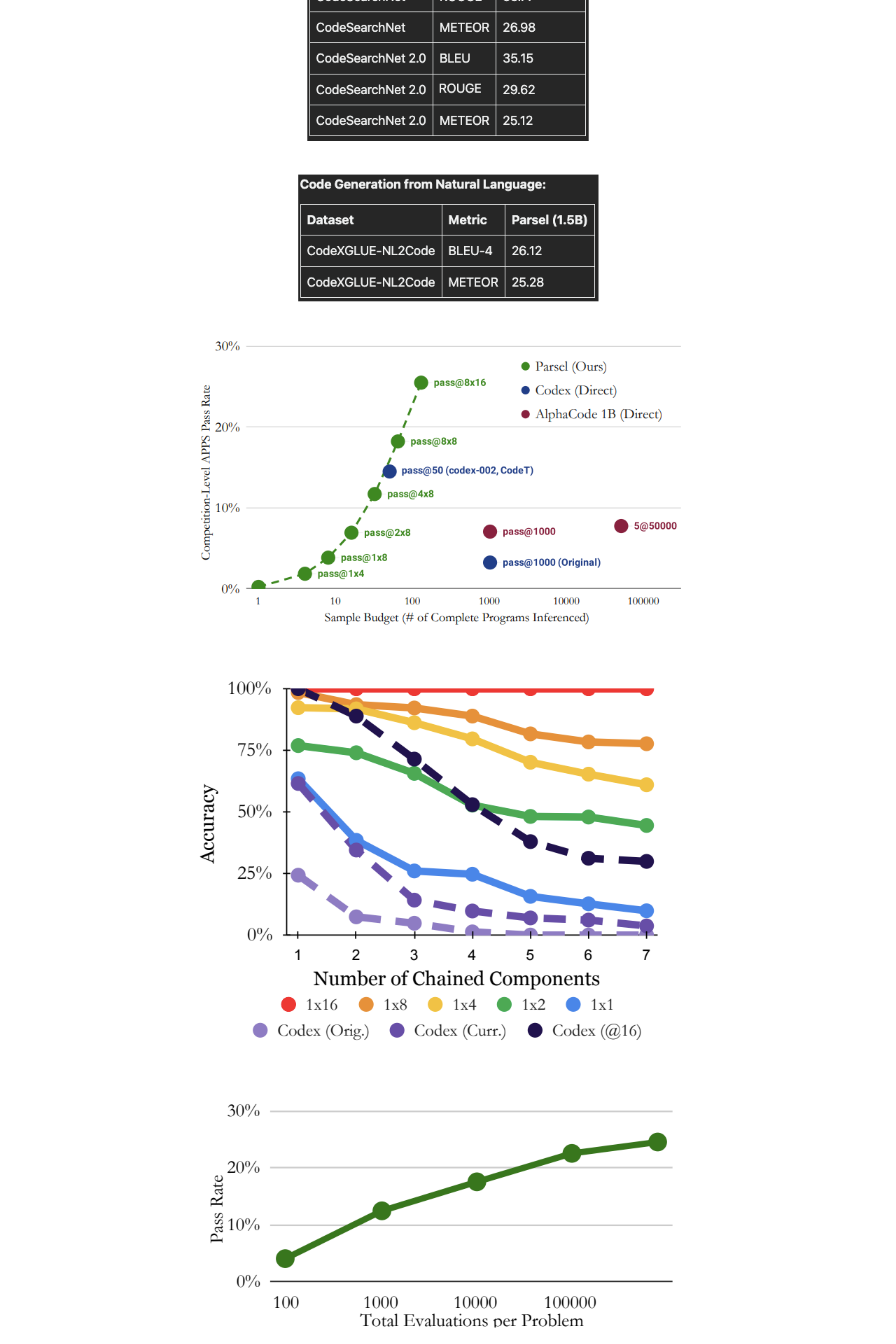
Repository: Shaalan-omar/ConcodePlus
Page: team-specific/index.html
An editor plug-in stored every save of this project. The page is shown before and after the next save, followed by the edit.
The browser window is 1280 px wide. The pictures show the part of the page from y = 3578 to 5498 px (the page is 10162 px tall before and 9933 px after), at 70% of full size.

Above is the page before, as saved 2023-05-14 11:25:04.

### team-specific/index.html
<!DOCTYPE html>
<html lang="en">

<head>

  <meta charset="utf-8">
  <meta name="viewport" content="width=device-width, initial-scale=1, shrink-to-fit=no">
  <meta name="description" content="">
  <meta name="author" content="">

  <title>Code Generation / Documentation model based on CodeT5</title>

  <!-- Bootstrap core CSS -->
  <link href="../vendor/bootstrap/css/bootstrap.min.css" rel="stylesheet">

</head>

<body>

  <!-- Navigation -->
  <nav class="navbar navbar-expand-lg navbar-dark bg-dark static-top">
    <div class="container">
      <a class="navbar-brand" href="../home.html">Practical Machine Deep Learning</a>
      <button class="navbar-toggler" type="button" data-toggle="collapse" data-target="#navbarResponsive" aria-controls="navbarResponsive" aria-expanded="false" aria-label="Toggle navigation">
        <span class="navbar-toggler-icon"></span>
      </button>
      <div class="collapse navbar-collapse" id="navbarResponsive">
        <ul class="navbar-nav ml-auto">
          <li class="nav-item active">
            <a class="nav-link" href="../home.html">Home
              <span class="sr-only">(current)</span>
            </a>
          </li>
          <li class="nav-item">
            <a class="nav-link" href="../about.html">About</a>
          </li>
          <li class="nav-item">
            <a class="nav-link" href="../contact.html">Contact</a>
          </li>
        </ul>
      </div>
    </div>
  </nav>

  <!-- Page Content -->
  <div class="container">
    <div class="row">
      <div class="col-lg-12 text-center">
        <h1 class="mt-5">Code Generation / Documentation model based on CodeT5</h1>
        <ul class="list-unstyled">
          <li>Omar Shaalan 900193887</li>
          <li>Kyrollos Zakarya 900203309</li>
        </ul>
      </div>
    </div>


    <div class="row">
      <div class="col-lg-12 text-left">
        <h2 class="mt-5"></h2>

        <h1>
          Problem statement: -
           </h1>
           <p>
            Code generation is a very important in our current daily life. However, the documentation of the code is beyond important too,
            we need the code that is generated to have a documentation generated with it in order to be able to generate a code that is understandable
            and increase the efficency (we increase the efficency of the code by providing commented code, so it will be easier to understand and reuse or extract the
             needed parts from it)
          </p>
       <br/> <!-- Empty Line before the image -->
         <div class="img-container" align="center"> <!-- Block parent element -->
             <img src="resources/images/Screen Shot 2023-05-14 at 12.21.35 PM.png" class="img-fluid text-center">
         </div>

         <br/> <!-- Empty Line after the image -->

      </div>
    </div>

    <div class="row">
      <div class="col-lg-12 text-left">
        <h2 class="mt-5">Dataset</h2>

        <h3 class="mt-5">Old Dataset: -</h3>
        <p>
			Our initial plan was to work with the Cocode's task dataset (concode is the code generation task), this was initially our intution
      as our task, ConcodePlus(the commented code generation task), was going to generate the code that concode generated but with comments. However,
      in concode's dataset we only had the code and the Natural Language describing the code, but no dataset had the code itself with comments in the same coloumn,
      this of course limited our ways
      to train the model on genreating a documented code, as we had no clear dataset that had code, comments for that code, all we had was datasets having code and
      a natural language describing the code, as illustrated in the visualization of the Concode's dataset below.
    </p>
    <br/> <!-- Empty Line before the image -->
    <div class="img-container" align="center"> <!-- Block parent element -->
        <img src="resources/images/concode.png" class="img-fluid text-center">
    </div>
    <br/> <!-- Empty Line after the image -->
    <h3 class="mt-5">Modified Dataset: -</h3>
    <p>
  Hence, we had to make a major change, that will allow us to have a dataset that contains a pair consisting of code and a prompt as usual describing
      the code, but in the code's column we added comments to the code itself in the same coloumn.
      This was our own dataset, and we called PyPlus, as this dataset works on Python codes only, and the plus part is because it is the first of its
      type to contain code with detailed comments of the code in the same column, or at least the first
      of its type as an open source dataset, as we have found NO other open source or closed source (but this is hard to make sure of as closed source
      are like a black box, you cannot see what is inside them) dataset in python storing data in that way.
</p>
<br/> <!-- Empty Line before the image -->
<div class="img-container" align="center"> <!-- Block parent element -->
    <img src="resources/images/dataset.png" class="img-fluid text-center">
</div>

      </div>
    </div>

    <div class="row">
      <div class="col-lg-12 text-left">
        <h2 class="mt-5">Input/Output Examples</h2>
   <br>
      </br>



      </br>
         <h3>
			 Our Own Output: -
        </h3>

      	    <div class="img-container" align="center"> <!-- Block parent element -->
      		<img src="resources/images/output_real.png" class="img-fluid text-center">
    	</div>
      <!-- <p class = "center">
        Feel the difference?
     </p> -->
     <br>
    </br>

    	<br/> <!-- Empty Line after the image -->
      </div>
    </div>


    <div class="row">
      <div class="col-lg-12 text-left">
        <h2 class="mt-5">State of the art (PARSEL)</h2>

        <p>
			Parsel is an Open AI deep learning project, it has been the state of the art in the field of code generation task aloong with code summrization as shown below in the tables and the graphs.
      It is based on the GPT architecture (Generative Pre-trained Transformer), the version of Parsel mentioned in the tables below is the 1.5B, which refers to the larges Parsel version
      existing as it uses 1.5 Billion parameters.
      Even though it is a open source, the usage of Open AI APIs limited our usage and the freedom of adding our creativity.
		</p>

	  <br/> <!-- Empty Line before the image -->
	    <div class="img-container" align="center"> <!-- Block parent element -->
      		<img src="resources/images/parsel_code_sum.png" class="img-fluid text-center">
    	</div>
    	<br/> <!-- Empty Line after the image -->

    <br/> <!-- Empty Line before the image -->
	    <div class="img-container" align="center"> <!-- Block parent element -->
      		<img src="resources/images/Parsel_code_gen.png" class="img-fluid text-center">
    	</div>
    	<br/> <!-- Empty Line after the image -->
		<br/> <!-- Empty Line before the image -->
	    <div class="img-container" align="center"> <!-- Block parent element -->
      		<img src="resources/images/parsel_1.png" class="img-fluid text-center">
    	</div>
    	<br/> <!-- Empty Line after the image -->

      <br/> <!-- Empty Line before the image -->
	    <div class="img-container" align="center"> <!-- Block parent element -->
      		<img src="resources/images/parsel_2.png" class="img-fluid text-center">
    	</div>
    	<br/> <!-- Empty Line after the image -->

      <br/> <!-- Empty Line before the image -->
	    <div class="img-container" align="center"> <!-- Block parent element -->
      		<img src="resources/images/parsel_3.png" class="img-fluid text-center">
    	</div>
    	<br/> <!-- Empty Line after the image -->
      </div>
    </div>



    <div class="row">
      <div class="col-lg-12 text-left">
        <h2 class="mt-5">Orignial Model from Literature.</h2>

        <p>
			Our model, CodeT5, has 3 main versions. The small, base, and big. The small has 60 million parameters, the big has 770 million parameters and the base version, which we worked with is 220 million parameters.
      We started with the smal version due to our limitations on Google Colab, which made it very hard to work with versions that had larger size from the parameters prespective. However, due to reaching bad results
      as explained in our previous presentations, we had to find a way around to use the base version. Using the base version worked more than fine, and we reached the desired output as shown above. Please find below
      more details about the original codeT5 model.
		</p>

		<br/> <!-- Empty Line before the image -->
	    <div class="img-container" align="center"> <!-- Block parent element -->
      		<img src="resources/images/codet5_arch.png" class="img-fluid text-center">
    	</div>
    	<br/> <!-- Empty Line after the image -->
      </div>
    </div>

    <div class="row">
      <div class="col-lg-12 text-left">
        <h2 class="mt-5">Proposed Updates</h2>


		<h5 class="mt-5">Update #1: Adding Reinforcement Learning</h5>
		<p>
			Give rewards when the generated documentation along with the code is correct and add negative rewards when the generation is not good.
		</p>
		<br/> <!-- Empty Line before the image -->
	    <div class="img-container" align="center"> <!-- Block parent element -->
      		<img src="resources/images/reinforcement.png" class="img-fluid text-center">
    	</div>
    	<br/> <!-- Empty Line after the image -->

      	<p>
			Hyperparameter tune the model. Base on one of the very famous concepts we took in our class is the concept of trial and error. Please feel free to try
      several times to change and tune the hyperprameters in order to reach better results. Feel free to share your outcomes with us.
		</p>
		<br/> <!-- Empty Line before the image -->
	    <div class="img-container" align="center"> <!-- Block parent element -->
      		<img src="resources/images/copyHyper.png" class="img-fluid text-center">
    	</div>
    	<br/> <!-- Empty Line after the image -->
      </div>
    </div>


    <div class="row">
      <div class="col-lg-12 text-left">
        <h2 class="mt-5">Results</h2>

        <p>
			Please find below our results obtained after adding our task, ConcodePlus, and the plots too.
		</p>

		<br/> <!-- Empty Line before the image -->
    	<h3 class="mt-5">It is obvious that there is something wrong with calculations of the metrics of concodePlus
      since the blue score definitely does not reflect the model performance. This can be due to the fact that we added
       a new task to the model without taking into account the synchronization required to measure these metrices for the
      new task specifically </h3>
      <div class="img-container" align="center"> <!-- Block parent element -->
      		<img src="resources/images/metrics_obtained.png" class="img-fluid text-center">
    	</div>
    	<br/> <!-- Empty Line after the image -->
	    <div class="img-container" align="center"> <!-- Block parent element -->
      		<img src="resources/images/dev_metric.png" class="img-fluid text-center">
    	</div>
    	<br/> <!-- Empty Line after the image -->
      		<br/> <!-- Empty Line before the image -->
	    <div class="img-container" align="center"> <!-- Block parent element -->
      		<img src="resources/images/dev2_metric.png" class="img-fluid text-center">
    	</div>
    	<br/> <!-- Empty Line after the image -->
      		<br/> <!-- Empty Line before the image -->
	    <div class="img-container" align="center"> <!-- Block parent element -->
      		<img src="resources/images/metric3.png" class="img-fluid text-center">
    	</div>
    	<br/> <!-- Empty Line after the image -->
      </div>
    </div>


    <div class="row">
      <div class="col-lg-12 text-left">
        <h2 class="mt-5">Technical report</h2>

        <p>
			LEft Here you will detail the details related to training, for example: Filled With KYRO
		</p>

	 	<ul>
		  <li>Programming framework</li>
		  <li>Training hardware i.e. colab or azure or anything else</li>
		  <li>Training time</li>
		  <li>Number of epochs</li>
		  <li>Time per epoch</li>
		  <li>Any other important detail or difficulties</li>
		</ul>
      </div>
    </div>

	<div class="row">
	  <div class="col-lg-12 text-left">
	    <h2 class="mt-5">Conclusion</h2>

	    <p>
			In conclusion we have reached our goal by generating documented code by adding the new task, ConcodePlus to CodeT5, and by creating a new dataset which is PyPlus. As shown in the output provided above it is clear that our code has a documentation of the purpose of the function. We have some promising results and some results that still need to work on.
      We also have room for future improvement, which is adding the reinforcement learning to the ConcodePlus. One of the very nice lessons that we learned was the visualization of what we theortically studied in class, the project was more challenging than the assignments and that made us more motivated and dedicated towards having the desired output. We also
      learned how to work as a team to achieve the maximum potential and the maximum benefit. A very intersting finding was not found, but actually it was created, which was the dataset modification. Both of us would have never imagined that we would create a dataset that fits for these type of problems and projects, this dataset may be the first step in a world
      of trials and great achievements in the code generation models in the future.
		</p>

	  </div>
	</div>

	<div class="row">
	  <div class="col-lg-12 text-left">
	    <h2 class="mt-5">References</h2>

	    <p>
	    	List all references here, the following are only examples
	    </p>

		<ol>
		  <li><a href="https://arxiv.org/pdf/2212.10561v2.pdf">Parsel Paper</a></li>
      <li><a href="https://microsoft.github.io/CodeXGLUE/">Parsel Code Summarization Table</a></li>
      <li><a href="https://microsoft.github.io/CodeXGLUE/">Parsel Code Generation Table</a></li>
		  <li><a href="https://arxiv.org/pdf/2109.00859v1.pdf">CodeT5 Paper</a></li>
		  <li><a href="https://medium.com/analytics-vidhya/t5-a-detailed-explanation-a0ac9bc53e51">CodeT5 Architecture Paper</a></li>
		  <li><a href="http://www.google.com">Dataset Link LEFT need to upload it to github</a></li>
		</ol>
	  </div>
	</div>

  </div>



  <!-- Bootstrap core JavaScript -->
  <script src="../vendor/jquery/jquery.slim.min.js"></script>
  <script src="../vendor/bootstrap/js/bootstrap.bundle.min.js"></script>

</body>

</html>

Loaded but not shown: vendor/bootstrap/css/bootstrap.min.css (library); vendor/jquery/jquery.slim.min.js (library); vendor/bootstrap/js/bootstrap.bundle.min.js (library)

After the next save:
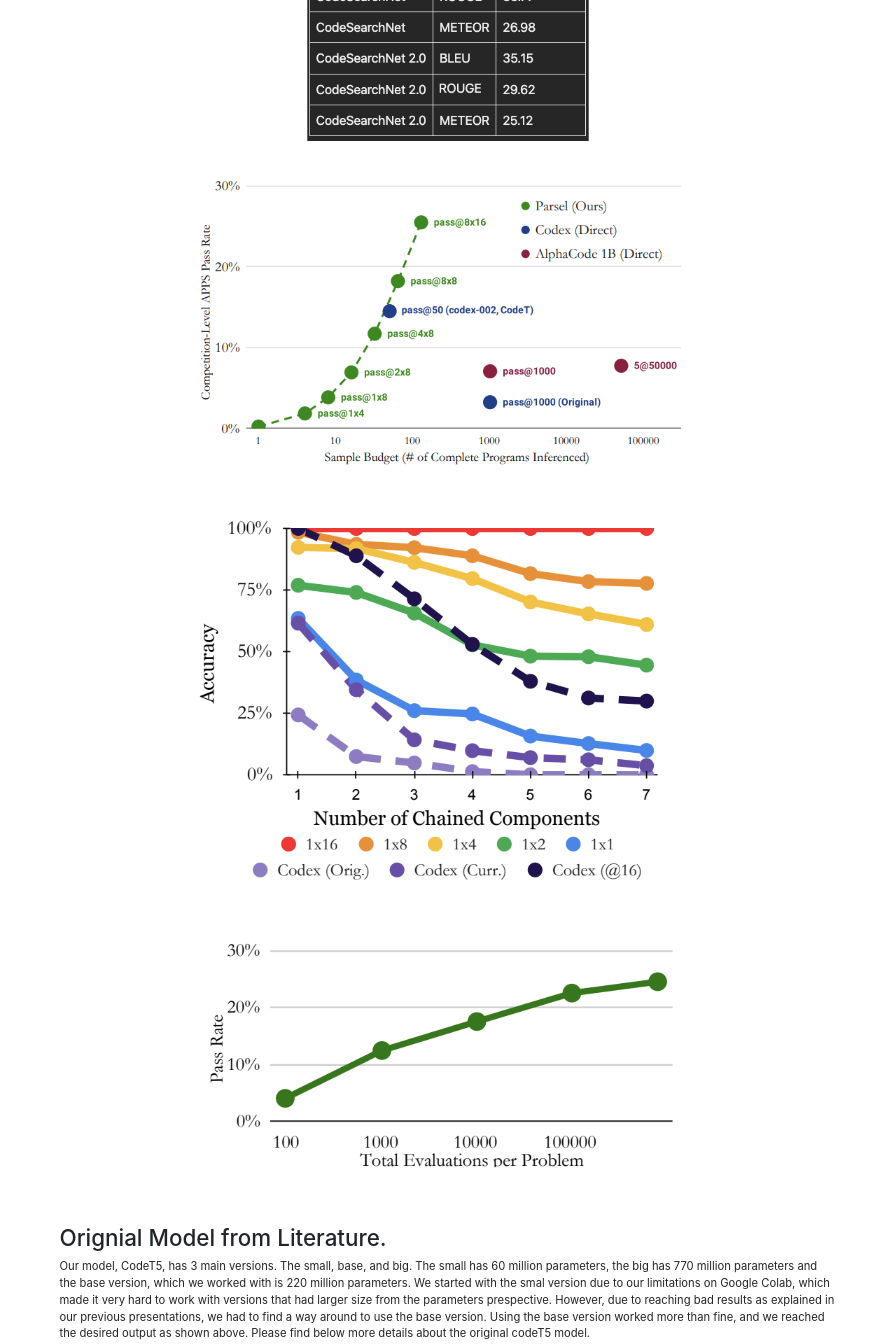
Saved 46 min 13 s later.
--- a/team-specific/index.html
+++ b/team-specific/index.html
@@ -157,11 +157,6 @@
     	</div>
     	<br/> <!-- Empty Line after the image -->
 
-    <br/> <!-- Empty Line before the image -->
-	    <div class="img-container" align="center"> <!-- Block parent element -->
-      		<img src="resources/images/Parsel_code_gen.png" class="img-fluid text-center">
-    	</div>
-    	<br/> <!-- Empty Line after the image -->
 		<br/> <!-- Empty Line before the image -->
 	    <div class="img-container" align="center"> <!-- Block parent element -->
       		<img src="resources/images/parsel_1.png" class="img-fluid text-center">

After the save that followed:
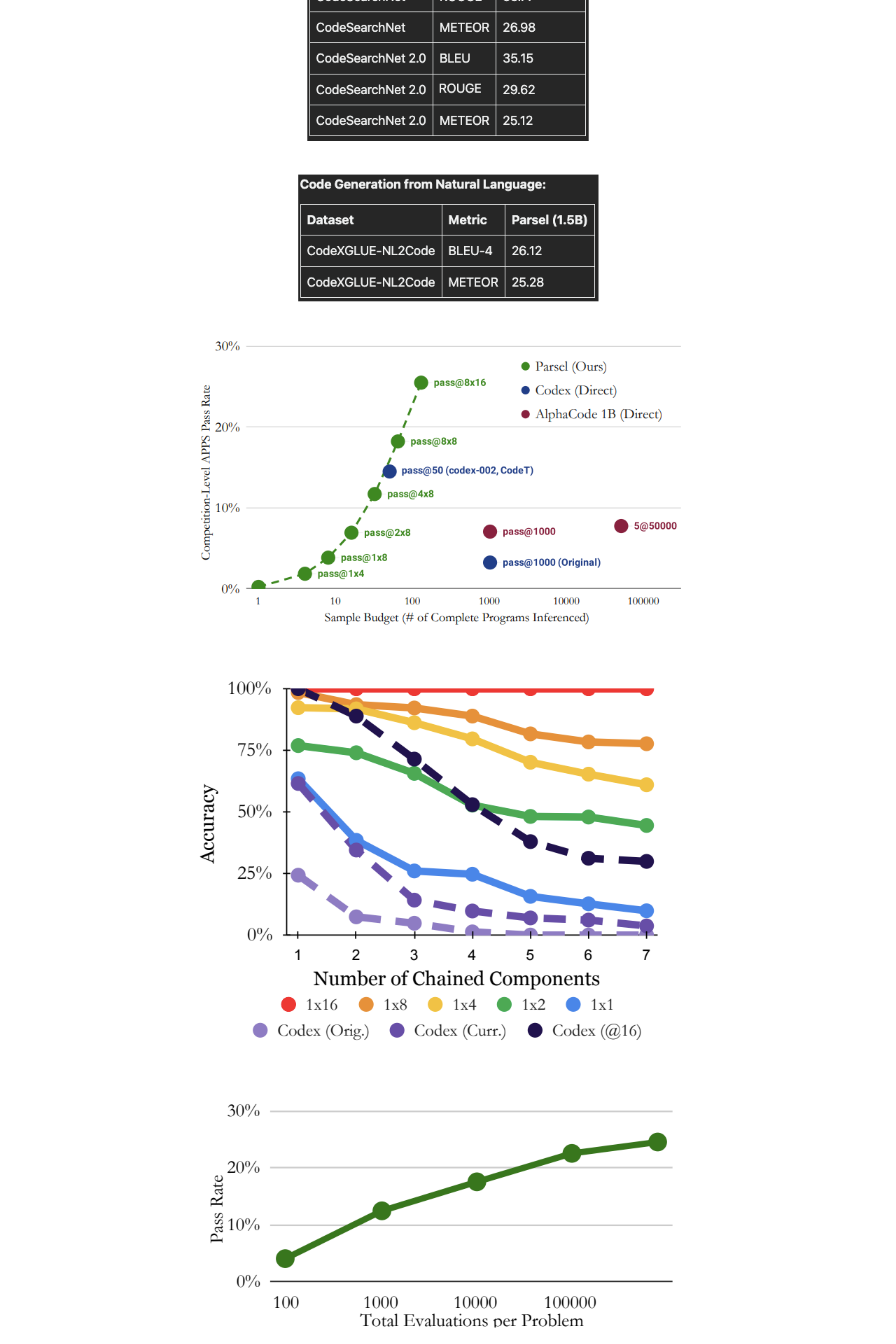
Saved 8 s later.
--- a/team-specific/index.html
+++ b/team-specific/index.html
@@ -157,6 +157,11 @@
     	</div>
     	<br/> <!-- Empty Line after the image -->
 
+    <br/> <!-- Empty Line before the image -->
+	    <div class="img-container" align="center"> <!-- Block parent element -->
+      		<img src="resources/images/Parsel_code_gen.png" class="img-fluid text-center">
+    	</div>
+    	<br/> <!-- Empty Line after the image -->
 		<br/> <!-- Empty Line before the image -->
 	    <div class="img-container" align="center"> <!-- Block parent element -->
       		<img src="resources/images/parsel_1.png" class="img-fluid text-center">
